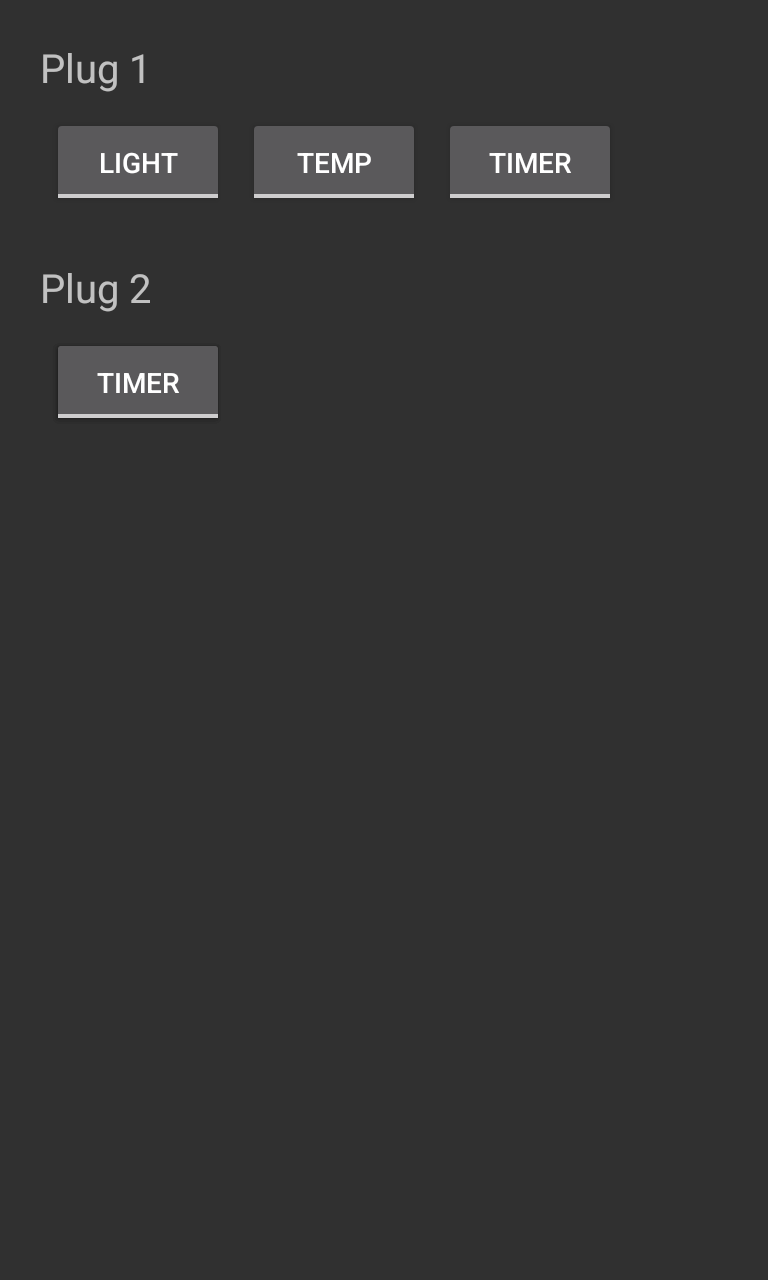
Repository: deanzaka/Shroom-Smart-Terminal
Layout: IOIOShroomST/res/layout/settings.xml
These files come from the project's save history. The layout is drawn as it stood at one moment and after the next save; the edit follows.
It is drawn on a 768 x 1280 px phone screen (xhdpi) without system bars, with theme Theme.AppCompat; the app's code is not run.

Above is the layout before, as saved 2014-11-17 02:02:43.

### IOIOShroomST/res/layout/settings.xml
<?xml version="1.0" encoding="utf-8"?>
<LinearLayout xmlns:android="http://schemas.android.com/apk/res/android"
    android:orientation="vertical"
    android:layout_width="fill_parent"
    android:layout_height="fill_parent">

    <TextView
        android:layout_width="wrap_content"
        android:layout_height="wrap_content"
        android:layout_marginTop="20dp"
        android:layout_marginLeft="20dp"
        android:textSize="20sp"
        android:text="@string/terminal_1" />

	<RelativeLayout
	    android:layout_width="match_parent"
		android:layout_height="wrap_content"
		android:orientation="horizontal"
		android:gravity="left"
		android:paddingLeft="20dp"
		android:paddingTop="5dp">

	    <ToggleButton
			android:id="@+id/LightSens1"
			android:layout_width="wrap_content"
			android:layout_height="wrap_content"
			android:layout_margin="5dp"
			android:text="@string/light_sensor"
			android:textOn="@string/light_sensor"
			android:textOff="@string/light_sensor"
			/>

		<ToggleButton
			android:id="@+id/TempSens1"
			android:layout_width="wrap_content"
			android:layout_height="wrap_content"
			android:layout_toRightOf="@id/LightSens1"
			android:layout_margin="5dp"
			android:text="@string/temp_sensor"
			android:textOn="@string/temp_sensor"
			android:textOff="@string/temp_sensor"
			/>

		<ToggleButton
			android:id="@+id/Timer1"
			android:layout_width="wrap_content"
			android:layout_height="wrap_content"
			android:layout_toRightOf="@id/TempSens1"
			android:layout_margin="5dp"
			android:text="@string/timer"
			android:textOn="@string/timer"
			android:textOff="@string/timer"
			/>
	</RelativeLayout>

	<TextView
        android:layout_width="wrap_content"
        android:layout_height="wrap_content"
        android:layout_marginTop="20dp"
        android:layout_marginLeft="20dp"
        android:textSize="20sp"
        android:text="@string/terminal_2" />

	<RelativeLayout
	    android:layout_width="match_parent"
		android:layout_height="wrap_content"
		android:orientation="horizontal"
		android:gravity="left"
		android:paddingLeft="20dp"
		android:paddingTop="5dp">

	    <ToggleButton
			android:id="@+id/LightSens2"
			android:layout_width="wrap_content"
			android:layout_height="wrap_content"
			android:layout_margin="5dp"
			android:text="@string/light_sensor"
			android:textOn="@string/light_sensor"
			android:textOff="@string/light_sensor"
			/>

		<ToggleButton
			android:id="@+id/TempSens2"
			android:layout_width="wrap_content"
			android:layout_height="wrap_content"
			android:layout_toRightOf="@id/LightSens1"
			android:layout_margin="5dp"
			android:text="@string/temp_sensor"
			android:textOn="@string/temp_sensor"
			android:textOff="@string/temp_sensor"
			/>

		<ToggleButton
			android:id="@+id/Timer2"
			android:layout_width="wrap_content"
			android:layout_height="wrap_content"
			android:layout_toRightOf="@id/TempSens1"
			android:layout_margin="5dp"
			android:text="@string/timer"
			android:textOn="@string/timer"
			android:textOff="@string/timer"
			/>
	</RelativeLayout>

</LinearLayout>

### IOIOShroomST/res/values/strings.xml
<?xml version="1.0" encoding="utf-8"?>
<resources>

    <string name="app_name">Shroom - Smart Outlet</string>
    <string name="terminal_1">Plug 1</string>
    <string name="terminal_2">Plug 2</string>
    <string name="terminal_3">Plug 3</string>
    <string name="lamp">Lamp</string>
    <string name="light_label">Light intensity: </string>
    <string name="temp_label">Temperature</string>
    <string name="cel_label">celcius</string>
    <string name="lux_label">lux</string>
    <string name="auto_label">Auto Mode</string>
    <string name="action_sensors">Sensors</string>
    <string name="action_settings">Setting</string>
    <string name="setting_alert">Go to setting?</string>
    <string name="sensors_alert">Setup sensors?</string>
    <string name="yes_answer">Yes</string>
    <string name="no_answer">No</string>
    <string name="title_activity_settings">Settings</string>
    <string name="hello_world">Hello world!</string>
    <string name="title_activity_sensors">Sensors</string>
    <string name="light_sensor">Light</string>
    <string name="temp_sensor">Temp</string>
    <string name="timer">Timer</string>

</resources>

After the next save:
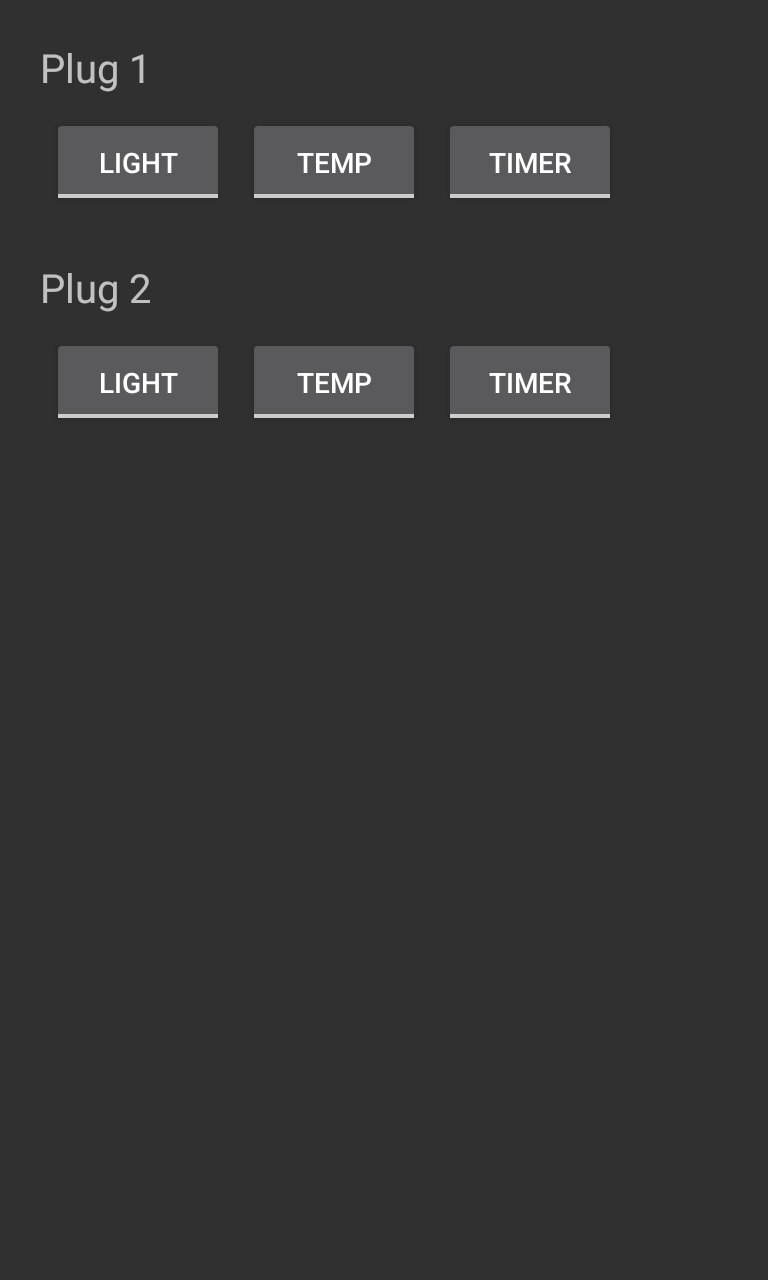
Saved 11 s later.
--- a/IOIOShroomST/res/layout/settings.xml
+++ b/IOIOShroomST/res/layout/settings.xml
@@ -83,7 +83,7 @@
 			android:id="@+id/TempSens2"
 			android:layout_width="wrap_content"
 			android:layout_height="wrap_content"
-			android:layout_toRightOf="@id/LightSens1"
+			android:layout_toRightOf="@id/LightSens2"
 			android:layout_margin="5dp"
 			android:text="@string/temp_sensor"
 			android:textOn="@string/temp_sensor"
@@ -94,7 +94,7 @@
 			android:id="@+id/Timer2"
 			android:layout_width="wrap_content"
 			android:layout_height="wrap_content"
-			android:layout_toRightOf="@id/TempSens1"
+			android:layout_toRightOf="@id/TempSens2"
 			android:layout_margin="5dp"
 			android:text="@string/timer"
 			android:textOn="@string/timer"
